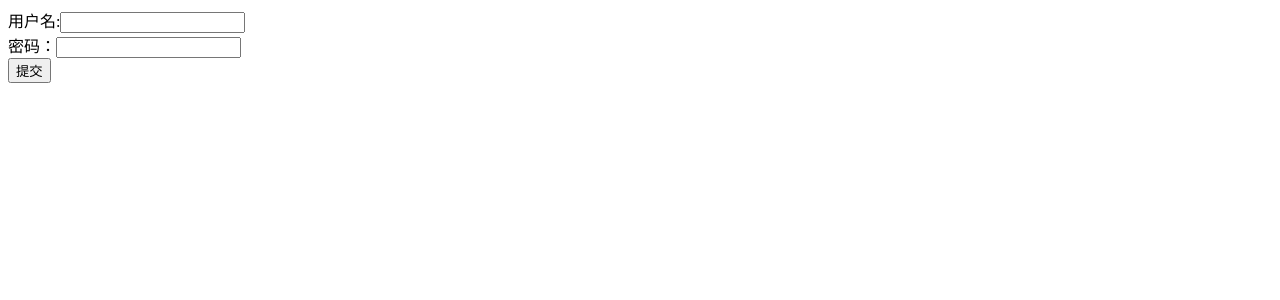
Repository: shunchensaber/Javaweb
Page: Web/WebContent/WebText1.html
These files come from the project's save history. The page is drawn as it stood at one moment and after the next save; the edit follows.
The browser window is 1280 px wide. The pictures show the whole page.

Above is the page before, as saved 2019-03-24 07:55:07.

After the next save:
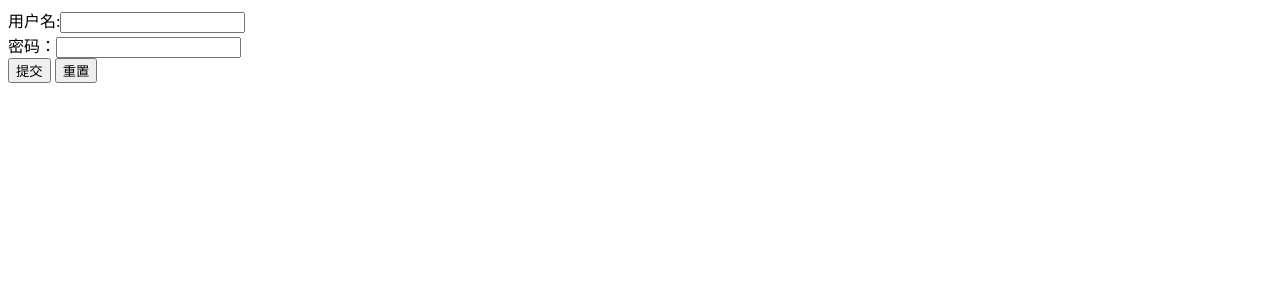
Saved 90 s later.
--- a/Web/WebContent/WebText1.html
+++ b/Web/WebContent/WebText1.html
@@ -11,7 +11,7 @@
 密码：<input tyep = "password" name = "password">
 <br>
 <button type="submmit" name ="subbmit">提交</button>
-
+<button tyoe ="reset" name ="reset">重置</button>
 </form>
 
 </body>
